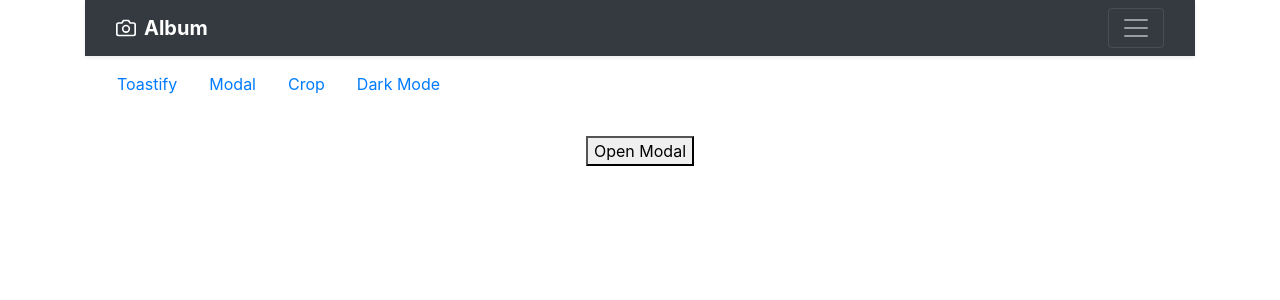
Repository: shankaraswal/react-multiple-ex
Page: /modal
The author's editor kept a copy of each file at every save. The page is drawn from the files as they stood at one save, then again after a run of saves.
The browser window is 1280 px wide. The pictures show the whole page.
The project was rebuilt for these pictures with package versions that can differ from the ones it lists, and the page was loaded fresh each time. Also part of the build but not shown: src/components/common/CopyArea.js, src/components/Toastify/Toastify.js.

Above is the page before, as saved 2020-02-04 18:26:47.

After the next 2 saves:
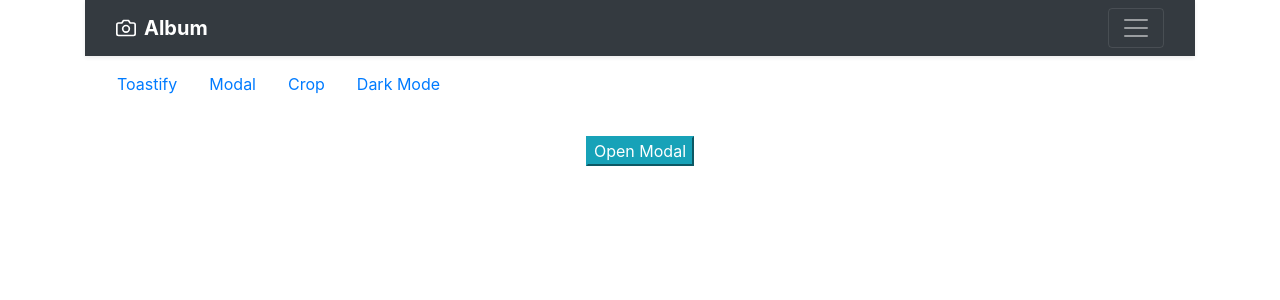
The 2 saves are shown as one change because they came seconds apart.
The last was saved 22 s later.
--- a/src/components/ModalPop/ModalPop.js
+++ b/src/components/ModalPop/ModalPop.js
@@ -7,7 +7,7 @@ function ModalPop({name}) {
   const [modalIsOpen, setOpenModal] = useState(false);
   return (
     <div className="App" >
-      <button onClick={() => setOpenModal(true)}>Open Modal</button>
+      <button className="btn-info" onClick={() => setOpenModal(true)}>Open Modal</button>
       <Modal isOpen={modalIsOpen}>
         <h1>{name}</h1>
         <hr />
